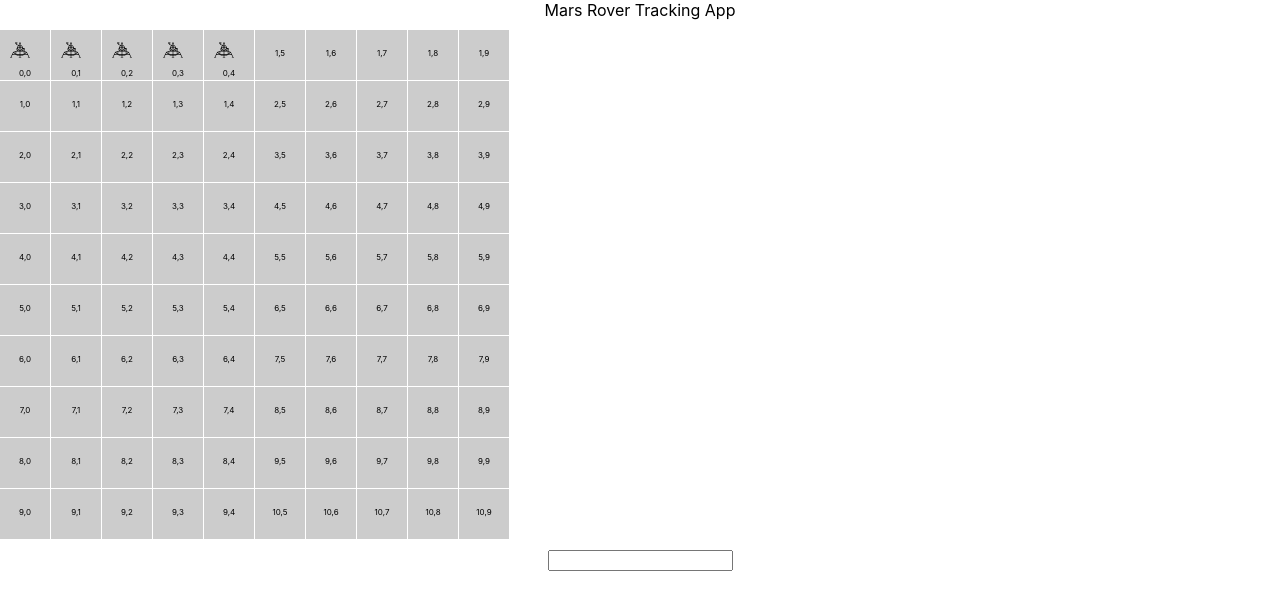
Repository: madhurisandbhor/Rover-Tracking-App
Page: /
The author's editor kept a copy of each file at every save. The page is drawn from the files as they stood at one save, then again after the next save.
The browser window is 1280 px wide. The pictures show the whole page.
The project was rebuilt for these pictures with package versions that can differ from the ones it lists, and the page was loaded fresh each time.

Above is the page before, as saved 2021-09-06 18:38:59.

After the next save:
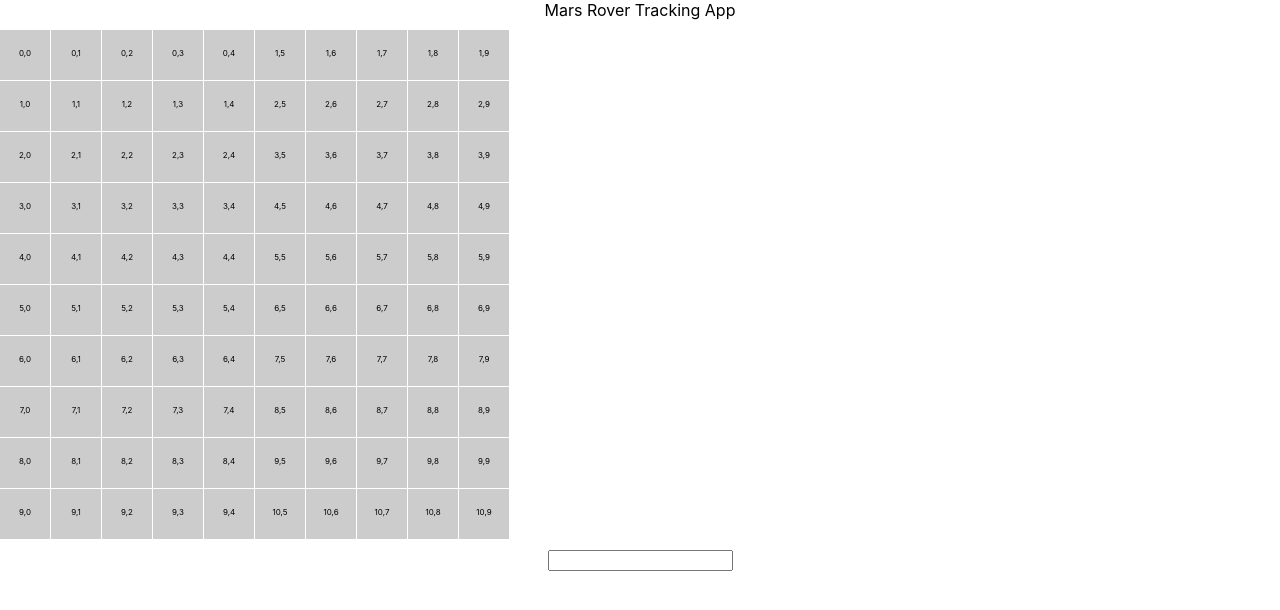
Saved 27 s later.
--- a/src/Grid.jsx
+++ b/src/Grid.jsx
@@ -44,11 +44,11 @@ const Grid = () => {
       <div style={wrapper}>
         {arr.map((item, index) => (
           <div key={index} style={itemStyle}>
-            {roverXPosition === Math.round(index / 10) && (
+            {/* {roverXPosition === Math.round(index / 10) && (
               <div style={roverImg}>
                 <img style={{ width: '100%' }} src={roverIcon} alt="rover" />
               </div>
-            )}
+            )} */}
             <span style={itemSpan}>
               {Math.round(index / 10)},{index % 10}
             </span>
